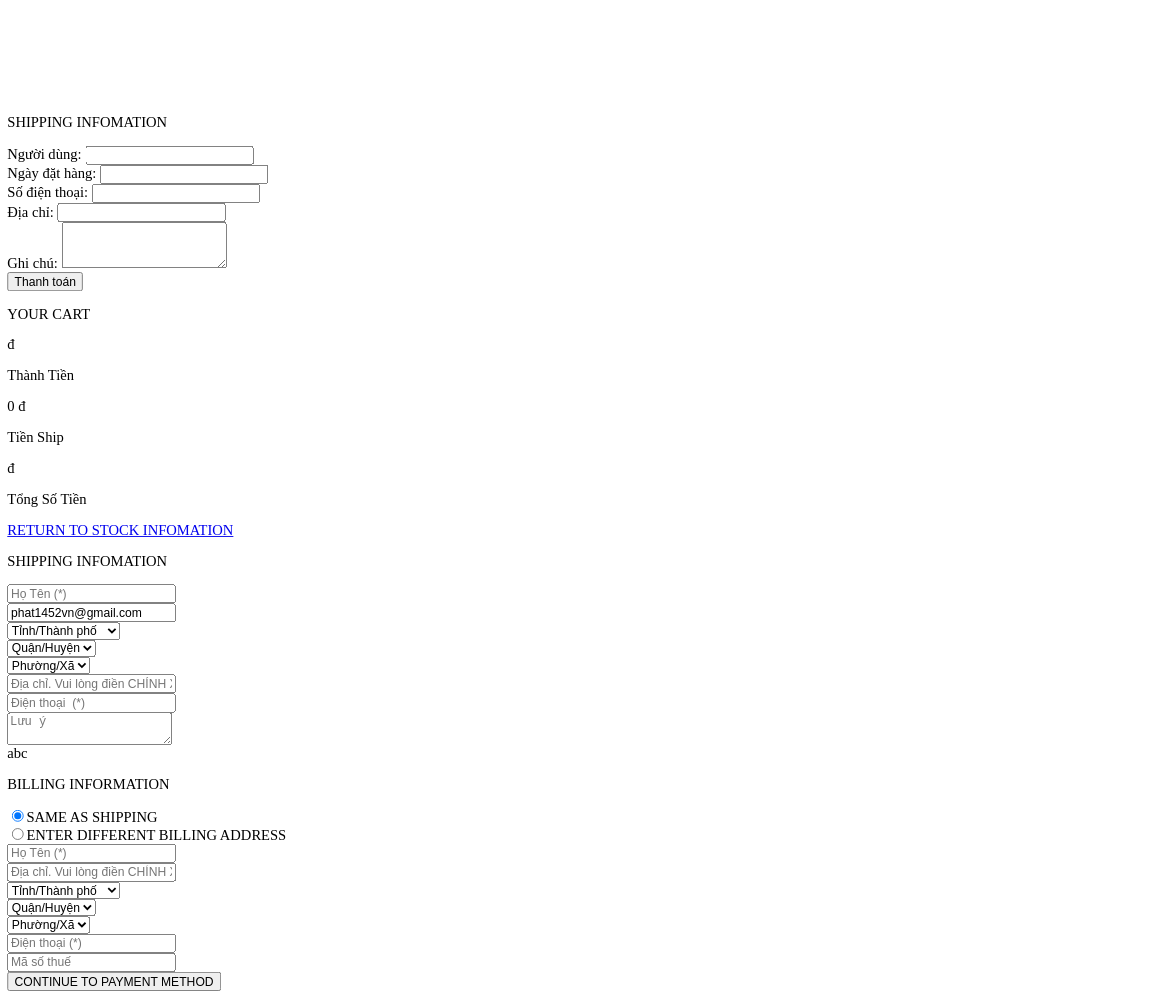
Repository: nguyengiabao245/NHOM3_C2
Page: http://localhost/DoAnJava/WEB-INF/views/order/checkout.jsp
These files come from the project's save history. The page is drawn as it stood at one moment and after the next save; the edit follows.
The browser window is 1280 px wide. The pictures show the whole page, at 91% of full size.
The page is served by Tomcat 9. Nobody is signed in. The template is opened directly, without the code that normally fills it, so the values that code supplies are empty.

Above is the page before, as saved 2022-05-15 11:47:24.

### DoAnJava/src/main/webapp/WEB-INF/views/order/checkout.jsp
<%@ page pageEncoding="utf-8"%>
<%@ taglib uri="http://www.springframework.org/tags/form" prefix="form"%>
<%@ taglib uri="http://java.sun.com/jstl/core_rt" prefix="c"%>
<%@ taglib uri="http://java.sun.com/jstl/fmt_rt" prefix="f"%>

<c:set var="cart" value="${sessionScope['scopedTarget.cartService']}" />

<br />
<div id="container" style="margin-top: 100px">
	<div class="container detail wrap-checkout">
		<div class="checkout__inner clearfix">
			<form:form action="/order/checkout" method="post">
				<div class="checkout__infor">
					<div class="checkout__infor__user step-checkout">
					<div class="checkout__infor__user__shipping">
                <p class="font-700 mgB-20 fs-24 mgT-20">SHIPPING INFOMATION</p>


		<form:form action="/order/checkout" modelAttribute="order"
			method="post">

			<div class="form-group">
				<label>Người dùng:</label>
				<form:input path="user.id" class="form-control" readonly="true" />
			</div>
			<div class="form-group">
				<label>Ngày đặt hàng:</label>
				<form:input path="orderDate" class="form-control" />
			</div>
			<div class="form-group">
				<label>Số điện thoại:</label>
				<form:input path="telephone" class="form-control" />
			</div>
			<div class="form-group">
				<label>Địa chỉ:</label>
				<form:input path="address" class="form-control" />
			</div>
			<div class="form-group">

				<form:hidden path="status" class="form-control" />
			</div>
			<div class="form-group">
				<label>Ghi chú:</label>
				<form:textarea path="description" rows="3" class="form-control" />
			</div>
			<div class="form-group">
				<button class="btn btn-success">Thanh toán</button>

			</div>
		</form:form>
		</div>

					</div>
				</div>
				<div class="checkout__inforpro">
					<p class="font-700 mgB-30 text-center fs-17">YOUR CART</p>
					<c:forEach var="p"
						items="${sessionScope['scopedTarget.cartService'].items}">

						<div class="clearfix checkout__inforpro-detail 23323">
							<div class="font-600 fs-14 mgB-10">
								<a href="/product/detail/${p.id}"> ${p.name} </a>
							</div>

							<div class="font-600 fs-11 justifyAround mgB-5">
								<em>SIZE:</em>
								<div>6.5W US</div>
							</div>
							<div class="up__down--qty font-600 fs-11 justifyAround">
								<em>QTY:</em>
								<div>

									<span class="qty__val">${p.quantity}</span>
									<input name="quantity_select" class="quantity_select"
										type="hidden" value="1">
								</div>
							</div>
							<div class="font-600 fs-11 justifyAround mgB-5">
								<em>Thành Tiền:</em>
								<div>
									đ
									<f:formatNumber value="${p.quantity * p.unitPrice}" pattern="#,###" />
								</div>
							</div>
							<div class="font-600 fs-11 justifyAround mgB-5">
								<em>Giá Đã Giảm:</em>
								<div>đ <f:formatNumber value="${p.unitPrice * (1 - p.discount)}" pattern="#,###" /></div>
							</div>
							<div class="promoCode">
								<a href="" class="removeCoupon hide"><span
									class="icon-uniF335"></span></a>
								<div class="frm-item">
									<input type="text" placeholder="PROMO CODE"
										name="coupon_code[37473]" value="">
									<div class="error">Mã Khuyến Mãi không phù hợp</div>
								</div>
								<div class="btnApply">
									<button>APPLY</button>
								</div>
							</div>
						</div>
					</c:forEach>
					<div class="clearfix mgB-10">
						<p class="pull-right font-600 fs-12">đ <f:formatNumber value="${cart.amount}" pattern="#,###" /></p>
						<p class="font-600 fs-12">Thành Tiền</p>
					</div>

					<div class="clearfix mgB-10">
						<p class="pull-right font-700 fs-12">0 đ</p>
						<p class="font-700 fs-12">Tiền Ship</p>
					</div>
					<div class="clearfix mgB-40">
						<p class="pull-right font-700 fs-17">đ <f:formatNumber value="${cart.amount}" pattern="#,###" /></p>
						<p class="font-700 fs-17">Tổng Số Tiền</p>
					</div>
					<div class="backLink">
						<a href="/home"><span
							class="glyphicon glyphicon-menu-left"></span>RETURN TO STOCK INFOMATION</a>
					</div>

				</div>
			</form:form>
		</div>
	</div>
</div>


<div id="container">
            <div class="container detail wrap-checkout">
        <div class="checkout__inner clearfix">
            <form action="https://www.glab.vn/order/checkout/step2" method="post">
            <input type="hidden" name="_token" value="xzCqNfcC2Q0GvOK0ZmysHSUba4oxn7xKgy9cQJ0A">
                            <div class="checkout__infor">
                    <div class="checkout__infor__shipping step-checkout">
        <div class="checkout__infor__user__shipping">
                <p class="font-700 mgB-20 fs-24 mgT-20">SHIPPING INFOMATION</p>
                <div class="frm-item">
            <input name="shipping_name" placeholder="Họ Tên (*)" class="form-control" type="text" value="">
                    </div>
        <div class="frm-item">
            <input name="email" placeholder="Email" class="form-control" type="text" value="phat1452vn@gmail.com">
        </div>
        <div class="frm-item same-city">
                        <select class="select-city" data-child="district" name="shipping_city_id"><option value="0">Tỉnh/Thành phố</option><option value="1">Hồ Chí Minh</option><option value="2">Hà Nội</option><option value="3">Bình Dương</option><option value="4">Đà Nẵng</option><option value="5">Hải Phòng</option><option value="6">Long An</option><option value="7">Bà Rịa Vũng Tàu</option><option value="8">An Giang</option><option value="9">Bắc Giang</option><option value="10">Bắc Kạn</option><option value="11">Bạc Liêu</option><option value="12">Bắc Ninh</option><option value="13">Bến Tre</option><option value="14">Bình Định</option><option value="15">Bình Phước</option><option value="16">Bình Thuận  </option><option value="17">Cà Mau</option><option value="18">Cần Thơ</option><option value="19">Cao Bằng</option><option value="20">Đắk Lắk</option><option value="21">Đắk Nông</option><option value="22">Điện Biên</option><option value="23">Đồng Nai</option><option value="24">Đồng Tháp</option><option value="25">Gia Lai</option><option value="26">Hà Giang</option><option value="27">Hà Nam</option><option value="28">Hà Tĩnh</option><option value="29">Hải Dương</option><option value="30">Hậu Giang</option><option value="31">Hòa Bình</option><option value="32">Hưng Yên</option><option value="33">Khánh Hòa</option><option value="34">Kiên Giang</option><option value="35">Kon Tum</option><option value="36">Lai Châu</option><option value="37">Lâm Đồng</option><option value="38">Lạng Sơn</option><option value="39">Lào Cai</option><option value="40">Nam Định</option><option value="41">Nghệ An</option><option value="42">Ninh Bình</option><option value="43">Ninh Thuận</option><option value="44">Phú Thọ</option><option value="45">Phú Yên</option><option value="46">Quảng Bình</option><option value="47">Quảng Nam</option><option value="48">Quảng Ngãi</option><option value="49">Quảng Ninh</option><option value="50">Quảng Trị</option><option value="51">Sóc Trăng</option><option value="52">Sơn La</option><option value="53">Tây Ninh</option><option value="54">Thái Bình</option><option value="55">Thái Nguyên</option><option value="56">Thanh Hóa</option><option value="57">Thừa Thiên Huế</option><option value="58">Tiền Giang</option><option value="59">Trà Vinh</option><option value="60">Tuyên Quang</option><option value="61">Vĩnh Long</option><option value="62">Vĩnh Phúc</option><option value="63">Yên Bái</option></select>
        </div>
        <div class="frm-item same-district">
            <select class="select-district" data-child="ward" name="shipping_district_id"><option value="0">Quận/Huyện</option></select>
        </div>
        <div class="frm-item same-ward">
            <select class="select-ward" name="shipping_ward_id"><option value="0">Phường/Xã</option></select>
        </div>
        <div class="frm-item">
            <input name="shipping_address" placeholder="Địa chỉ. Vui lòng điền CHÍNH XÁC 'tầng, số nhà, đường'.  (*)" class="form-control" type="text" value="">
                    </div>
        <div class="frm-item">
            <input name="shipping_phone" placeholder="Điện thoại  (*)" class="form-control" type="number" value="">
                    </div>
        <div class="frm-item">
            <textarea class="form-control" name="comment" placeholder="Lưu ý"></textarea>
            <div class="error">abc</div>
        </div>
    </div>

    <div class="checkout__infor__user__billing hide">
        <p class="font-700 mgB-20 fs-24 mgT-40">BILLING INFORMATION</p>
        <div class="row mgB-20">
            <div class="col-sm-6">
                <label for="" class="frm">
                    <input type="radio" name="chk-same-info" checked value="1">SAME AS SHIPPING
                </label>
            </div>
            <div class="col-sm-6">
                <label for="" class="frm">
                    <input type="radio" name="chk-same-info" value="0">ENTER DIFFERENT BILLING ADDRESS
                </label>
            </div>
        </div>
        <div class="frm-item">
            <input name="billing_name" placeholder="Họ Tên (*)" class="form-control" type="text" value="">
                    </div>
        <div class="frm-item">
            <input name="billing_address" placeholder="Địa chỉ. Vui lòng điền CHÍNH XÁC 'tầng, số nhà, đường'. (*)" class="form-control" type="text" value="">
                    </div>
        <div class="frm-item same-city">
                        <select class="select-city" data-child="district" name="billing_city_id"><option value="0">Tỉnh/Thành phố</option><option value="1">Hồ Chí Minh</option><option value="2">Hà Nội</option><option value="3">Bình Dương</option><option value="4">Đà Nẵng</option><option value="5">Hải Phòng</option><option value="6">Long An</option><option value="7">Bà Rịa Vũng Tàu</option><option value="8">An Giang</option><option value="9">Bắc Giang</option><option value="10">Bắc Kạn</option><option value="11">Bạc Liêu</option><option value="12">Bắc Ninh</option><option value="13">Bến Tre</option><option value="14">Bình Định</option><option value="15">Bình Phước</option><option value="16">Bình Thuận  </option><option value="17">Cà Mau</option><option value="18">Cần Thơ</option><option value="19">Cao Bằng</option><option value="20">Đắk Lắk</option><option value="21">Đắk Nông</option><option value="22">Điện Biên</option><option value="23">Đồng Nai</option><option value="24">Đồng Tháp</option><option value="25">Gia Lai</option><option value="26">Hà Giang</option><option value="27">Hà Nam</option><option value="28">Hà Tĩnh</option><option value="29">Hải Dương</option><option value="30">Hậu Giang</option><option value="31">Hòa Bình</option><option value="32">Hưng Yên</option><option value="33">Khánh Hòa</option><option value="34">Kiên Giang</option><option value="35">Kon Tum</option><option value="36">Lai Châu</option><option value="37">Lâm Đồng</option><option value="38">Lạng Sơn</option><option value="39">Lào Cai</option><option value="40">Nam Định</option><option value="41">Nghệ An</option><option value="42">Ninh Bình</option><option value="43">Ninh Thuận</option><option value="44">Phú Thọ</option><option value="45">Phú Yên</option><option value="46">Quảng Bình</option><option value="47">Quảng Nam</option><option value="48">Quảng Ngãi</option><option value="49">Quảng Ninh</option><option value="50">Quảng Trị</option><option value="51">Sóc Trăng</option><option value="52">Sơn La</option><option value="53">Tây Ninh</option><option value="54">Thái Bình</option><option value="55">Thái Nguyên</option><option value="56">Thanh Hóa</option><option value="57">Thừa Thiên Huế</option><option value="58">Tiền Giang</option><option value="59">Trà Vinh</option><option value="60">Tuyên Quang</option><option value="61">Vĩnh Long</option><option value="62">Vĩnh Phúc</option><option value="63">Yên Bái</option></select>
        </div>
        <div class="frm-item same-district">
            <select class="select-district" data-child="ward" name="billing_district_id"><option value="0">Quận/Huyện</option></select>
        </div>
        <div class="frm-item same-ward">
            <select class="select-ward" name="billing_ward_id"><option value="0">Phường/Xã</option></select>
        </div>
        <div class="frm-item">
            <input name="billing_phone" placeholder="Điện thoại (*)" class="form-control" type="number" value="">
                    </div>
        <div class="frm-item">
            <input name="billing_tax_code" placeholder="Mã số thuế" class="form-control" type="text" value="">
        </div>
    </div>
    <div class="text-center mgT-30">
        <button class="btn__conti--pay">CONTINUE TO PAYMENT METHOD</button>
    </div>
</div>                </div>

                        </form>
        </div>
    </div>
    </div>

After the next save:
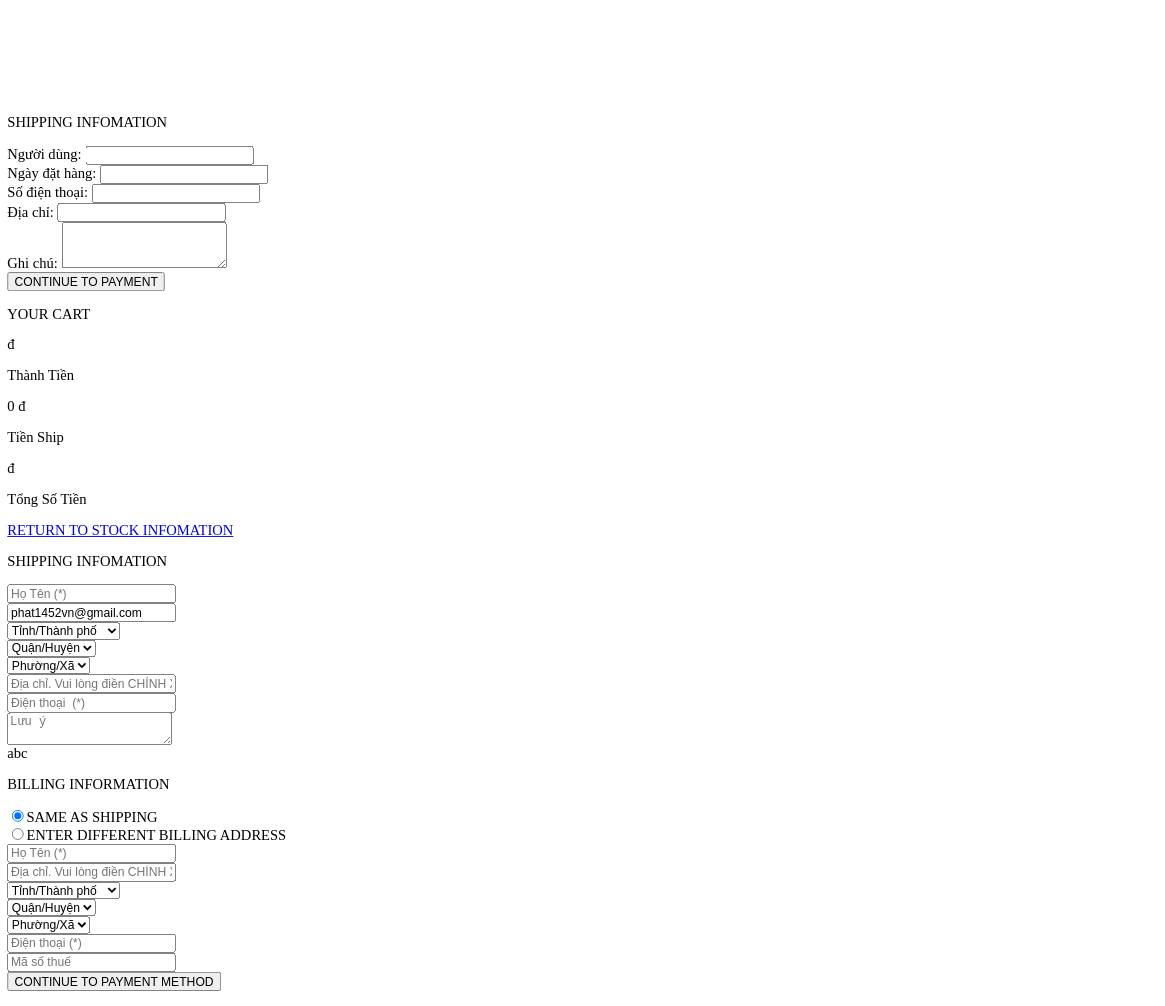
Saved 68 s later.
--- a/DoAnJava/src/main/webapp/WEB-INF/views/order/checkout.jsp
+++ b/DoAnJava/src/main/webapp/WEB-INF/views/order/checkout.jsp
@@ -43,10 +43,11 @@
 				<label>Ghi chú:</label>
 				<form:textarea path="description" rows="3" class="form-control" />
 			</div>
-			<div class="form-group">
-				<button class="btn btn-success">Thanh toán</button>
-
-			</div>
+			<div class="text-center mgT-30">
+				<button class="btn__conti--pay">CONTINUE TO PAYMENT</button>
+
+			</div>
+
 		</form:form>
 		</div>
 
